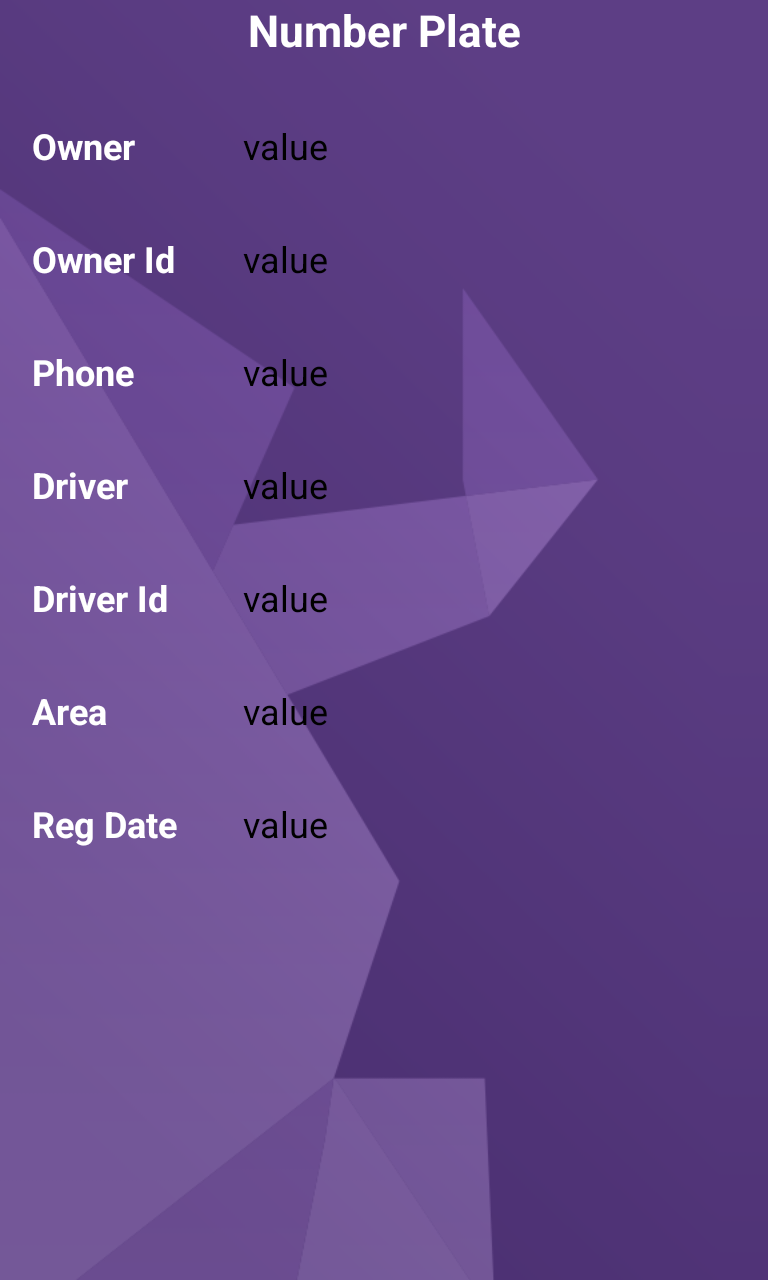
Repository: walteranyika/personal
Layout: PikiPiki/res/layout/activity_details.xml
The author's editor kept a copy of each file at every save. The layout is drawn from the files as they stood at one save, then again after the next save.
It is drawn on a 768 x 1280 px phone screen (xhdpi) without system bars, with theme AppTheme; the app's code is not run.

Above is the layout before, as saved 2015-11-06 12:12:40.

After the next save:
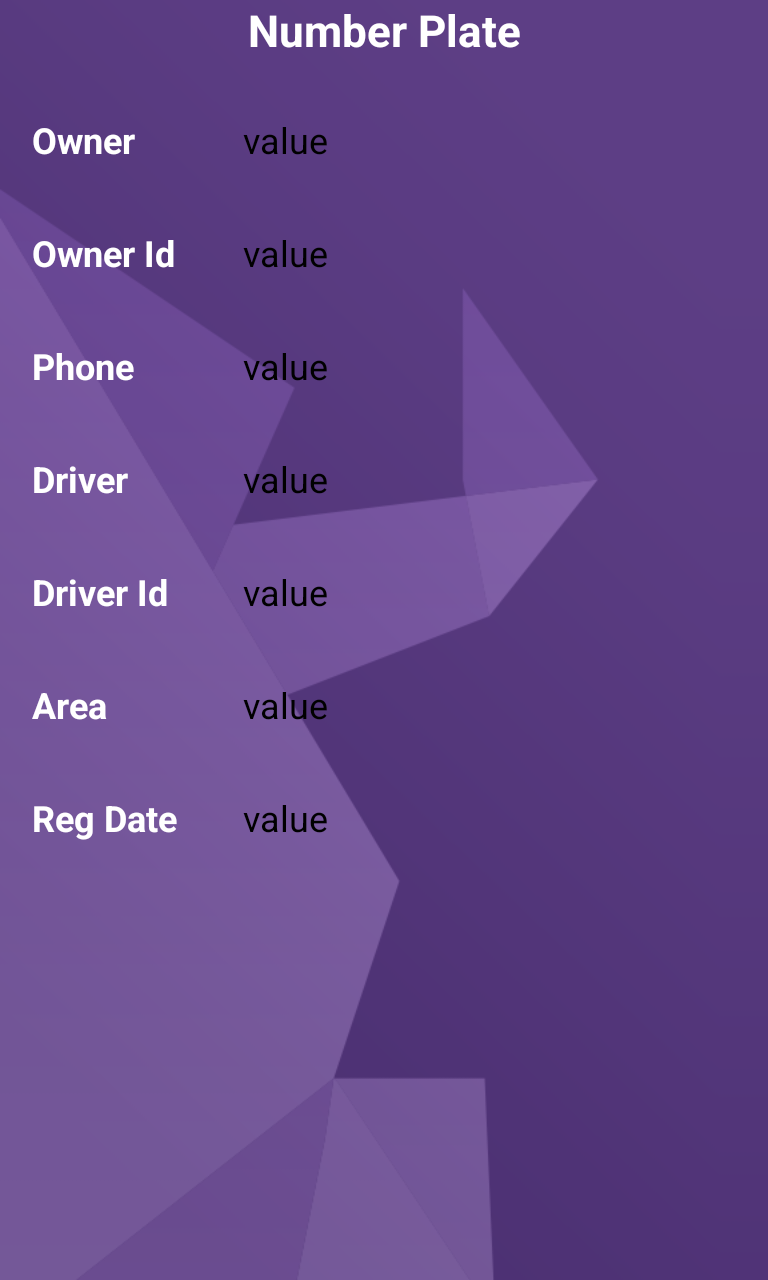
Saved 29 s later.
--- a/PikiPiki/res/layout/activity_details.xml
+++ b/PikiPiki/res/layout/activity_details.xml
@@ -20,7 +20,7 @@
         android:layout_width="match_parent"
         android:layout_height="wrap_content"
         android:layout_alignRight="@+id/imageView1"
-        android:layout_marginBottom="15dp"
+        android:layout_marginBottom="12dp"
         android:gravity="center_horizontal"
         android:text="@string/number_plate"
         android:textAppearance="?android:attr/textAppearanceLarge"
